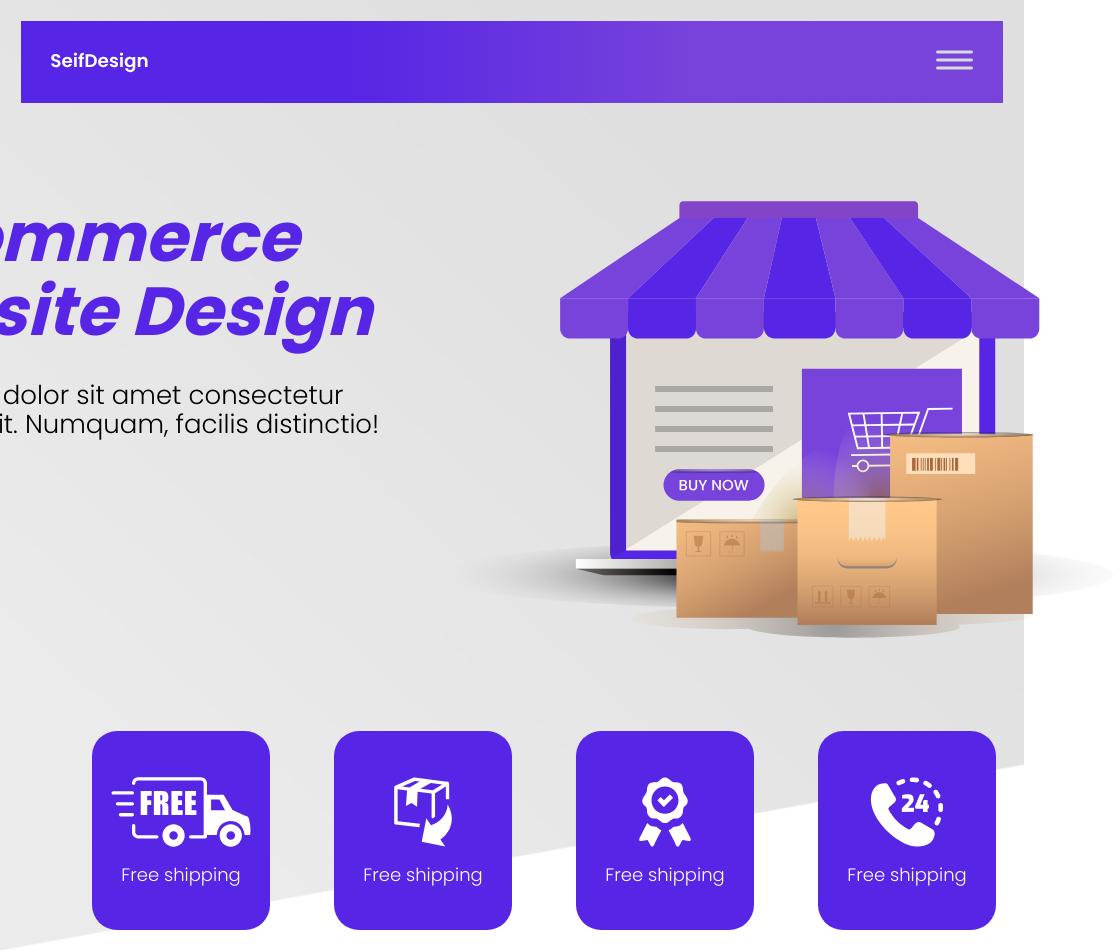
Repository: simralgasimov/newpage
Page: index.html
An editor plug-in stored every save of this project. The page is shown before and after the next save, followed by the edit.
The browser window is 1024 px wide. The page is 1114 px wide, so the pictures cover 1114 px, including what lies to the right of the window. The pictures show the whole page.
The style sheet was rebuilt from its Sass, Less or Tailwind sources for each picture, by a compiler version that may differ from the author's.

Above is the page before, as saved 2023-12-13 15:05:52.
Not found: index.js

After the next save:
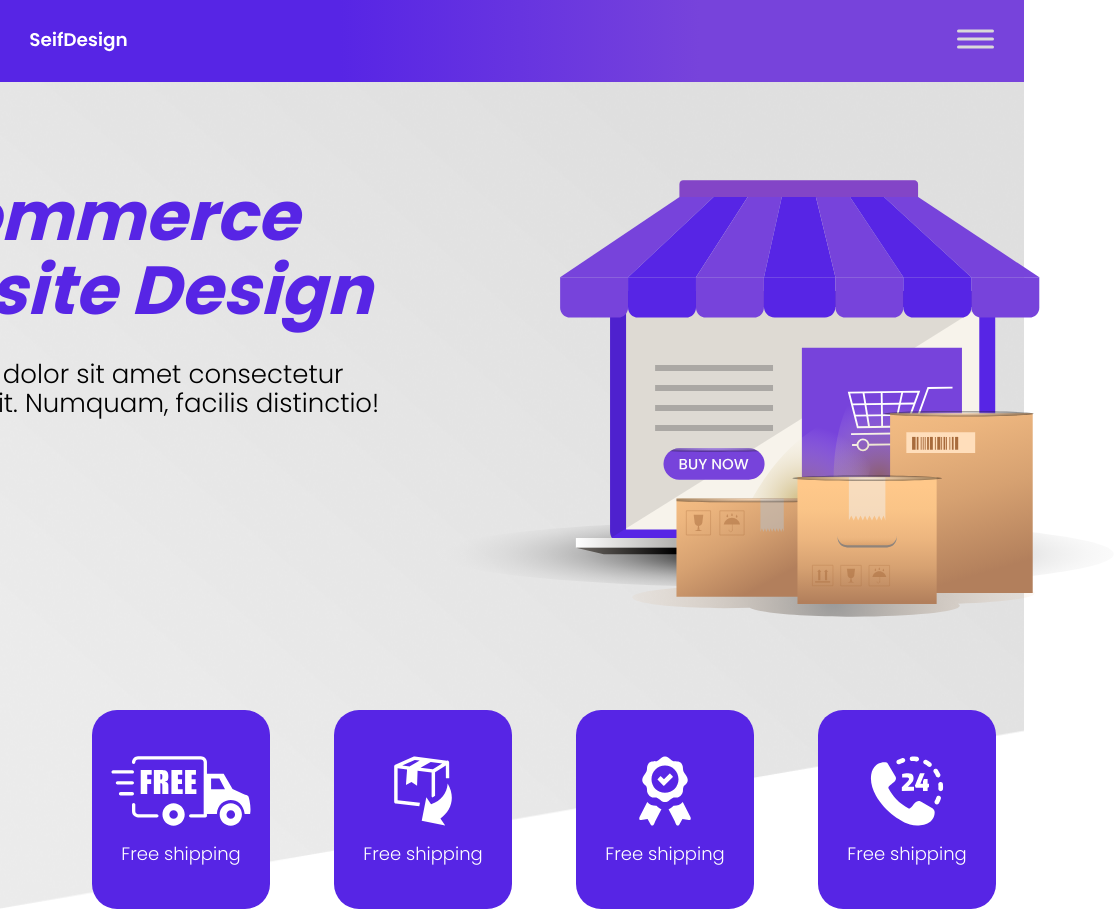
Saved 36 s later.
--- a/index.scss
+++ b/index.scss
@@ -10,9 +10,6 @@
   background-size: 100% 100%;
   min-height: 100vh;
   width: 100%;
-  @media screen and (max-width: 1024px) {
-    padding: 21px 21px;
-  }
   nav {
     display: flex;
     align-items: center;
